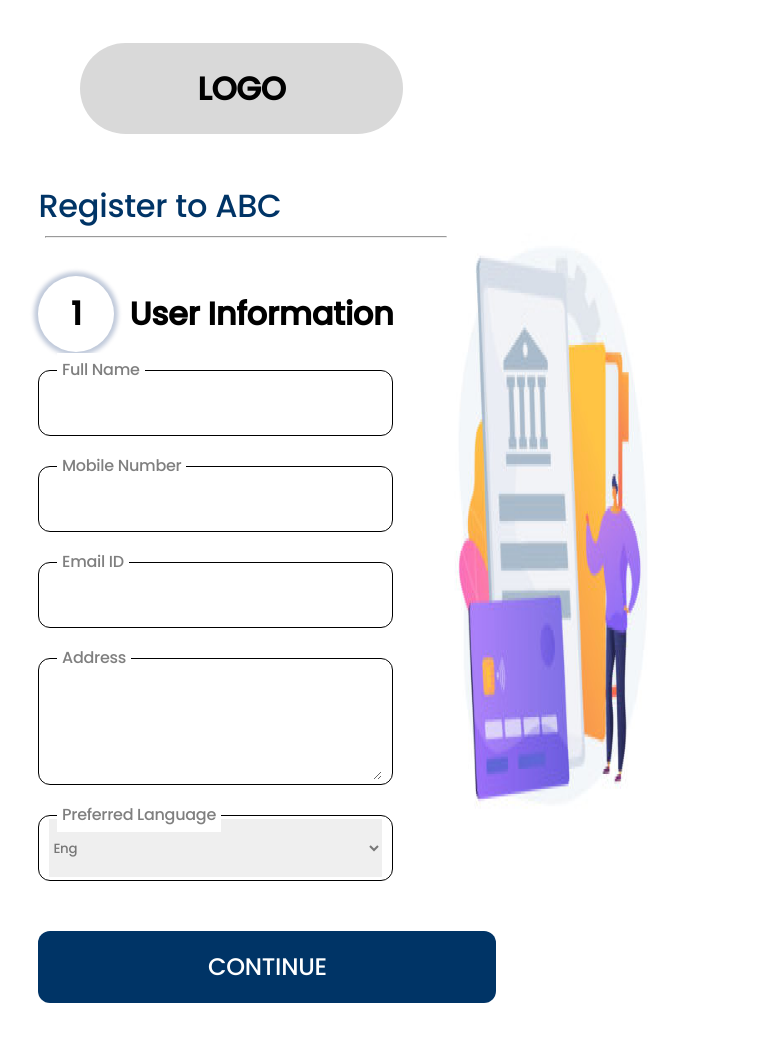
Repository: FlyweisReact/Prashant
Page: /register
These files come from the project's save history. The page is drawn as it stood at one moment and after the next save; the edit follows.
The browser window is 768 px wide. The pictures show the whole page.
The project was rebuilt for these pictures with package versions that can differ from the ones it lists, and the page was loaded fresh each time. Also part of the build but not shown: src/Styles/Dashboard.module.css, src/Styles/Notification.module.css, src/Components/Notification/NotificationModal.jsx, src/Components/Dashboard/UserInfoPopUp.jsx, src/Styles/SideBar.module.css, src/Components/SideBar.jsx, src/Styles/TotalAmountSection.module.css, src/Components/TotalAmountSection.jsx and 24 more.

Above is the page before, as saved 2023-03-23 16:07:48.

### public/index.html
<!DOCTYPE html>
<html lang="en">
  <head>
    <meta charset="utf-8" />
    <link rel="icon" href="%PUBLIC_URL%/favicon.ico" />
    <meta name="viewport" content="width=device-width, initial-scale=1" />
    <meta name="theme-color" content="#000000" />
    <meta
      name="description"
      content="Web site created using create-react-app"
    />
    <link rel="apple-touch-icon" href="%PUBLIC_URL%/logo192.png" />
    <!--
      manifest.json provides metadata used when your web app is installed on a
      user's mobile device or desktop. See https://developers.google.com/web/fundamentals/web-app-manifest/
    -->
    <link rel="manifest" href="%PUBLIC_URL%/manifest.json" />
    <!--
      Notice the use of %PUBLIC_URL% in the tags above.
      It will be replaced with the URL of the `public` folder during the build.
      Only files inside the `public` folder can be referenced from the HTML.

      Unlike "/favicon.ico" or "favicon.ico", "%PUBLIC_URL%/favicon.ico" will
      work correctly both with client-side routing and a non-root public URL.
      Learn how to configure a non-root public URL by running `npm run build`.
    -->
    <title>React App</title>
  </head>
  <body>
    <noscript>You need to enable JavaScript to run this app.</noscript>
    <div id="root"></div>
    <!--
      This HTML file is a template.
      If you open it directly in the browser, you will see an empty page.

      You can add webfonts, meta tags, or analytics to this file.
      The build step will place the bundled scripts into the <body> tag.

      To begin the development, run `npm start` or `yarn start`.
      To create a production bundle, use `npm run build` or `yarn build`.
    -->
  </body>
  <style>
    @import url("https://fonts.googleapis.com/css2?family=Lilita+One&family=PT+Sans&family=Poppins:wght@500&display=swap");
  </style>
</html>

### src/App.js
import "./App.css";
import { AllRoutes } from "./Routes/AllRoutes";


function App() {
  return (
    <div className="font-poppins">
      <AllRoutes />
    </div>
  );
}

export default App;

### src/App.css
/** @format */

.App {
  text-align: center;
}

.App-logo {
  height: 40vmin;
  pointer-events: none;
}
.font-poppins {
  font-family: "Poppins";
}

@media (prefers-reduced-motion: no-preference) {
  .App-logo {
    animation: App-logo-spin infinite 20s linear;
  }
}

.App-header {
  background-color: #282c34;
  min-height: 100vh;
  display: flex;
  flex-direction: column;
  align-items: center;
  justify-content: center;
  font-size: calc(10px + 2vmin);
  color: white;
}

.App-link {
  color: #61dafb;
}

@keyframes App-logo-spin {
  from {
    transform: rotate(0deg);
  }
  to {
    transform: rotate(360deg);
  }
}

/* Media Query */
@media (max-width: 780px) {
  .Login_MainDiv__AWrd2 {
    display: block !important;
  }
  .Login_MainDiv__AWrd2 > div {
    width: 100% !important;
    height: 700px !important;
  }
  .Login_LoginMainSection__Yyq5T > div {
    width: 100% !important;
    border-radius: 0px !important;
    box-shadow: none !important;
  }

  .Register_RegisterMainDiv__Hok-C {
    display: block !important;
    width: 100% !important;
  }

  .Register_RegisterFirstSection__0bCb6 > p {
    text-align: center;
    display: block;
    width: 500px;
  }

  .myHr{
    max-width: 400px !important;
    margin: auto  !important;
    display: block !important;
  }
  .smallImage{
    width: 200px  !important;
  }

}

### src/Routes/AllRoutes.jsx
import React from "react";
import { Route, Routes } from "react-router-dom";
import { CryptoPayment } from "../Pages/CryptoPayment";
import { CurrentCharge } from "../Pages/CurrentCharge";
import { Dashboard } from "../Pages/Dashboard";
import { Login } from "../Pages/Login";
import { MatureFund } from "../Pages/MatureFund";
import { OpenBanking } from "../Pages/OpenBanking";
import { OtpPage } from "../Pages/OtpPage";
import { Profile } from "../Pages/Profile";
import { RefundRequest } from "../Pages/RefundRequest";
import { Register } from "../Pages/Register";
import { RegisterTwo } from "../Pages/RegisterTwo";
import { RollingReserve } from "../Pages/RollingReserve";

export const AllRoutes = () => {
  return (
    <Routes>
      <Route path="/" element={<Login />} />
      <Route path="/verify-otp" element={<OtpPage />} />
      <Route path="/dashboard" element={<Dashboard />} />
      <Route path="/register" element={<Register />} />
      <Route path="/detail-register" element={<RegisterTwo />} />
      <Route path="/profile" element={<Profile />} />
      <Route path="/rolling-reserve" element={<RollingReserve />} />
      <Route path="/mature-fund" element={<MatureFund />} />
      <Route path="/refund-request" element={<RefundRequest />} />
      <Route path="/current-charge" element={<CurrentCharge />} />
      <Route path="open-banking-service" element={<OpenBanking />} />
      <Route path="/crypto-payment-proccessing" element={<CryptoPayment />} />
    </Routes>
  );
};

### src/Pages/Register.jsx
import React from "react";
import { useNavigate } from "react-router-dom";
import { RegisterImg } from "../Components/Register/RegisterImg";
import styles from "../Styles/Register.module.css";
export const Register = () => {
  const navigate = useNavigate();
  const Handleregister = () => {
    navigate("/detail-register");
  };
  return (
    <div className={styles.Main}>
      <div className={styles.Logo}>LOGO</div>
      <div className={styles.RegisterMainDiv}>
        <div className={styles.RegisterFirstSection}>
          <p>Register to ABC</p>
          <hr  className="myHr"/>
          <div className={styles.RegisterTitle}>
            <div>
              <h1>1</h1>
            </div>
            <p>User Information</p>
          </div>
          <div className={styles.InputBoxMain}>
            <div>
              <div className={styles.InputBox}>
                <span>Full Name</span>
                <input type="text" />
              </div>
              <div className={styles.InputBox}>
                <span>Mobile Number</span>
                <input type="number" />
              </div>
              <div className={styles.InputBox}>
                <span>Email ID</span>
                <input type="email" />
              </div>
              <div className={styles.textArea}>
                <span>Address</span>
                <textarea type="text" />
              </div>
              <div className={styles.InputBox}>
                <span>Preferred Language</span>
                <select>
                  <option value="">Eng</option>
                </select>
              </div>
            </div>
          </div>
          <button onClick={Handleregister}>CONTINUE</button>
        </div>
        <RegisterImg />
      </div>
    </div>
  );
};

### src/Components/Register/RegisterImg.jsx
import React from "react";
import RegisterPng from "../../Assets/Register.png";
export const RegisterImg = () => {
  return (
    <div>
      <img width="594px" height=" 744px" src={RegisterPng} alt="svg"  className="smallImage"/>
    </div>
  );
};

### src/Styles/Register.module.css
.Logo{
width: 323px;
height: 91px;
display: flex;
align-items: center;
justify-content: center;
margin-left: 80px;
margin-top: 43px;
background: #D9D9D9;
border-radius: 45.5px;

font-family: 'Poppins';
font-style: normal;
font-weight: 700;
font-size: 32px;
line-height: 48px;
text-align: center;
letter-spacing: -0.28px;
color: #000000;
}
.RegisterMainDiv{
    display: flex;
    width: 90%;
    margin: auto;
    margin-top: 20px;
}
.RegisterMainDiv>div:first-child{
    width: 60%;
    /* border: 1px solid red; */
}
.RegisterMainDiv>div:last-child{
    width: 40%;
    /* border: 1px solid yellow; */
}
.RegisterFirstSection>p{
    font-family: 'Poppins';
font-style: normal;
font-weight: 500;
font-size: 32px;
line-height: 40px;
letter-spacing: -0.28px;
color: #003466;
margin-bottom: 10px;

}
.RegisterTitle{
    display: flex;
    align-items: center;
    gap: 15px;
    margin-top: 20px;
}
.RegisterTitle>div{
    display: flex;
    width: 76px;
    align-items: center;
    justify-content: center;
height: 76px;
background: #FFFFFF;
border-radius: 50%;
box-shadow: 0px 0px 4px 4px rgba(0, 41, 107, 0.25);
}
.RegisterTitle>p{
    font-family: 'Poppins';
font-style: normal;
/* margin-top: 0; */
font-weight: 600;
font-size: 32px;
line-height: 48px;
letter-spacing: -0.28px;

color: #000000;
}
.InputBoxMain{
  display: flex;
  justify-content: flex-end;

}
.InputBoxMain>div{
    width: 592px;
margin-right: 15%;

}
.InputBox{
    width: 100%;
    position: relative;
    height: 64px;
    background: #FFFFFF;
    border: 1px solid #000000;
    border-radius: 12px;
    display: flex;
    align-items: center;
    margin-bottom: 30px;
}
.textArea{
    width: 100%;
    position: relative;
    height: 125px;
    background: #FFFFFF;
    border: 1px solid #000000;
    border-radius: 12px;
    display: flex;
    align-items: center;
    margin-bottom: 30px;
}
.textArea>textarea{
    /* height: 300px; */
    border: none;

    height: 90%;
    margin: 10px;
    width: 100%;
    font-family: 'Poppins';
    font-style: normal;
    font-weight: 500;
    /* font-size: 24px; */
    line-height: 36px;
    letter-spacing: -0.28px;
    color: rgba(0, 0, 0, 0.5);

}
.textArea>textarea:focus{
    outline: none;
}
.textArea>span{
    position: absolute;
    top: -18px;
    left: 5%;
    background-color: white;
    padding: 5px;
    font-family: 'Poppins';
font-style: normal;
font-weight: 500;
font-size: 16px;
line-height: 24px;
/* identical to box height */

letter-spacing: -0.28px;

color: rgba(0, 0, 0, 0.5);
}
.InputBox>span{
    position: absolute;
    top: -18px;
    left: 5%;
    background-color: white;
    padding: 5px;
    font-family: 'Poppins';
font-style: normal;
font-weight: 500;
font-size: 16px;
line-height: 24px;
/* identical to box height */

letter-spacing: -0.28px;

color: rgba(0, 0, 0, 0.5);
}
.InputBox>input{
    border: none;
    height: 90%;
    margin: 10px;
    width: 90%;
    font-family: 'Poppins';
    font-style: normal;
    font-weight: 500;
    /* font-size: 24px; */
    line-height: 36px;
    letter-spacing: -0.28px;
    color: rgba(0, 0, 0, 0.5);
}
.InputBox>input:focus{
    outline: none;
}
.InputBox>select{
    border: none;
    height: 90%;
    margin: 10px;
    width: 100%;
    font-family: 'Poppins';
    font-style: normal;
    font-weight: 500;
    line-height: 36px;
    letter-spacing: -0.28px;
    color: rgba(0, 0, 0, 0.5);
}
.RegisterFirstSection>button{
    display: block;
    width: 458px;
    height: 72px;
    border: none;
    margin: auto;
    margin-top: 20px;
    background: #003466;
    border-radius: 12px;
    font-family: 'Poppins';
    font-style: normal;
    font-weight: 500;
    font-size: 24px;
    line-height: 36px;
    letter-spacing: -0.28px;
    color: #FFFFFF;
    cursor: pointer;
    text-transform: uppercase;
    margin-bottom: 50px;
}

Loaded but not shown: src/index.js (common file); src/index.css (common file); src/reportWebVitals.js (common file)

After the next save:
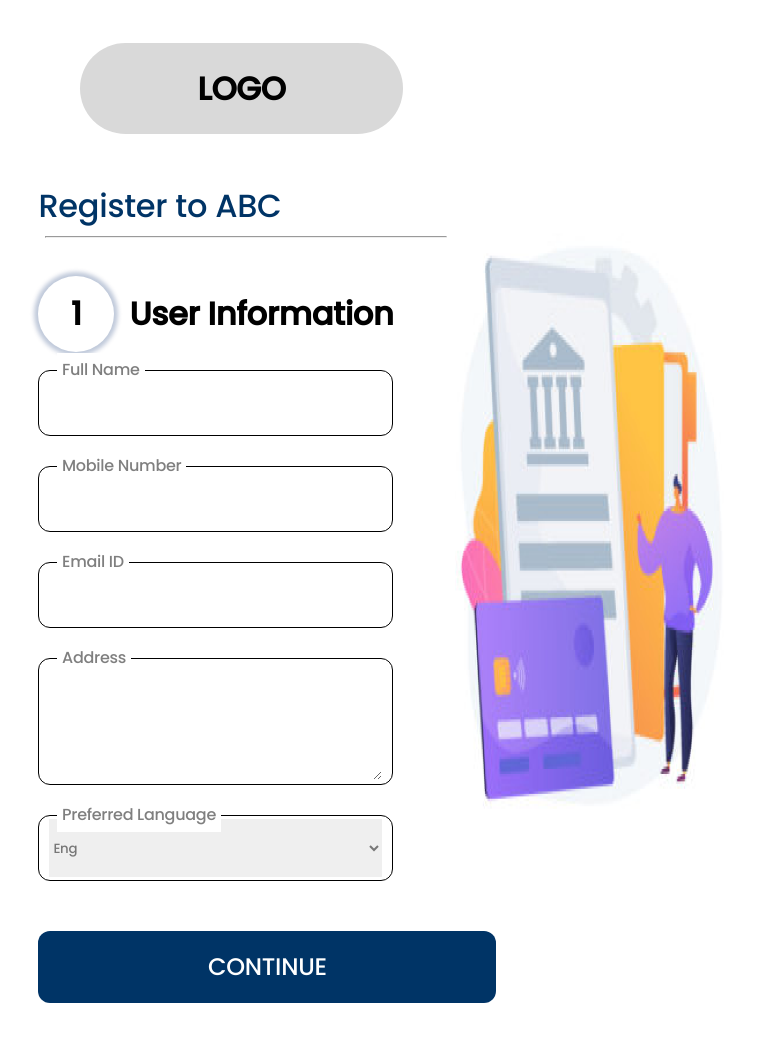
Saved 54 s later.
--- a/src/App.css
+++ b/src/App.css
@@ -74,7 +74,7 @@
     display: block !important;
   }
   .smallImage{
-    width: 200px  !important;
+    width: 100%  !important;
   }
 
 }
